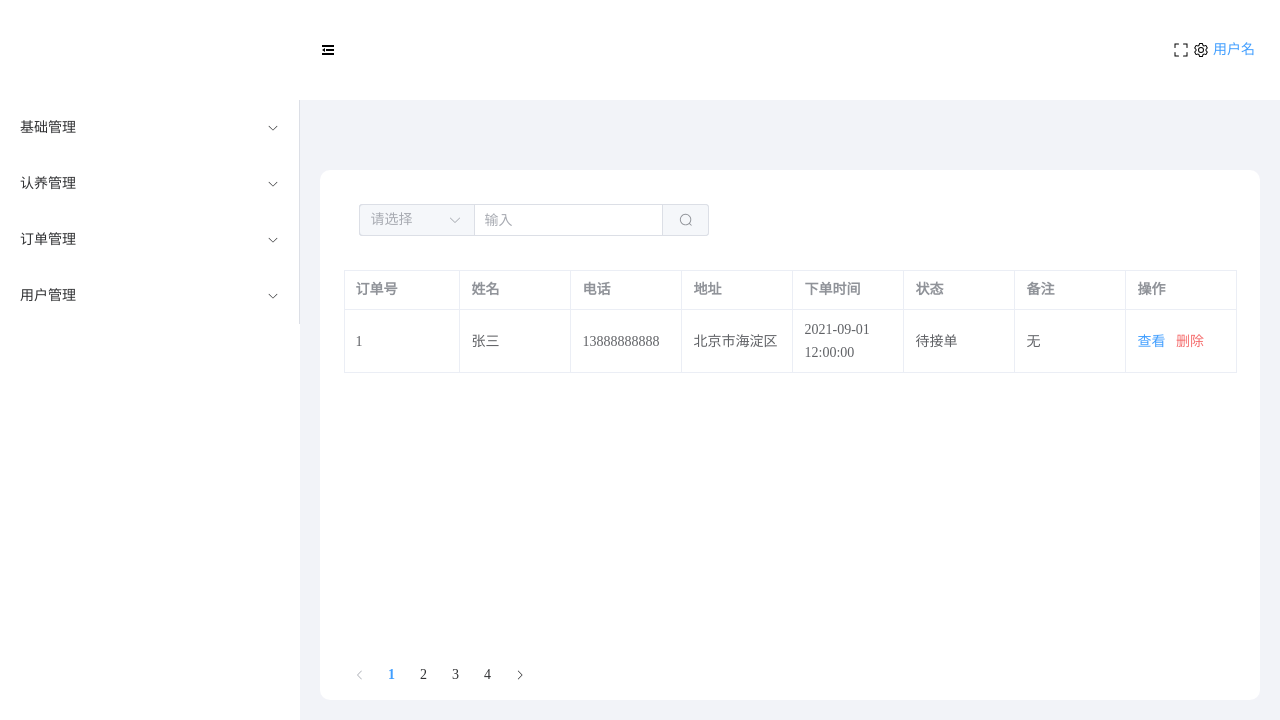
Repository: secret47/test-office-demo
Page: /dashboard/order/list
These files come from the project's save history. The page is drawn as it stood at one moment and after the next save; the edit follows.
The browser window is 1280 px wide. The pictures show the whole page.
The project was rebuilt for these pictures with package versions that can differ from the ones it lists, and the page was loaded fresh each time. Also part of the build but not shown: vite.config.js.

Above is the page before, as saved 2024-11-01 10:38:15.

After the next save:
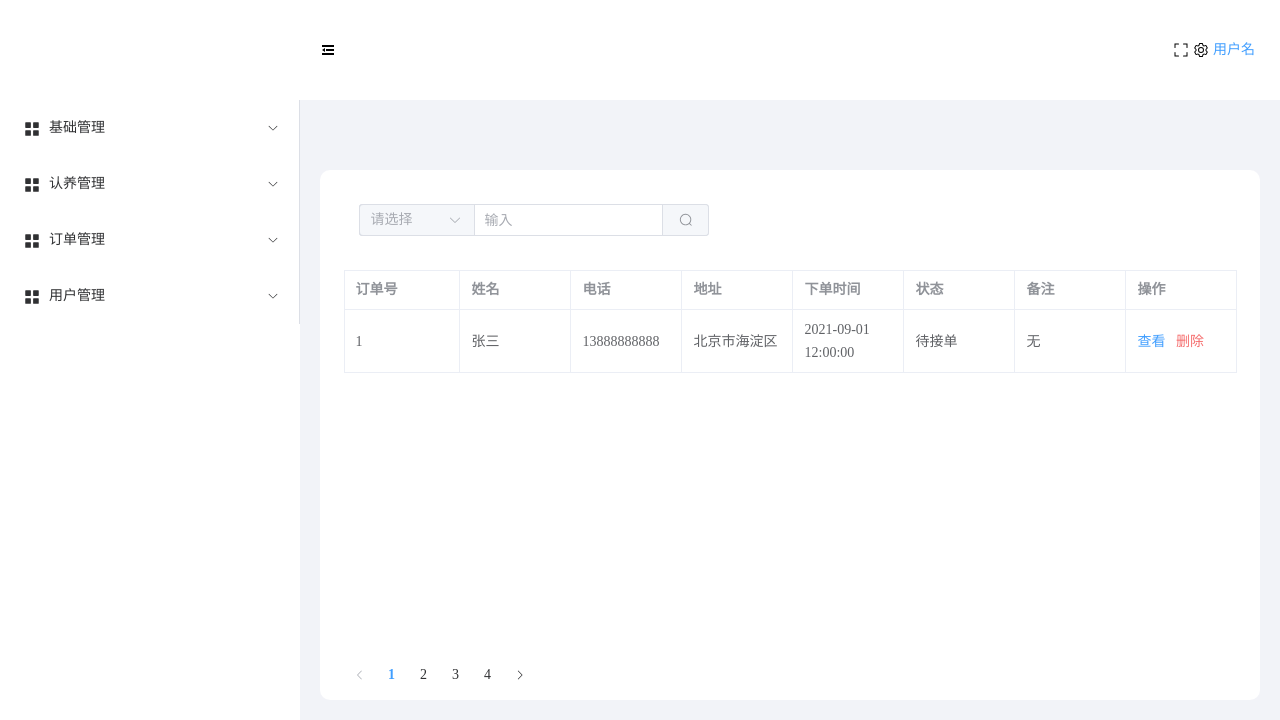
Saved 9 min 7 s later.
--- a/src/layouts/components/menu.vue
+++ b/src/layouts/components/menu.vue
@@ -5,9 +5,7 @@
             <template #title>
                 <span>
                     <!-- 假设你的路由元数据中有icon属性用于图标 -->
-                    <el-icon v-if="item.meta.icon" :size="20">
-                        <component :is="item.meta.icon"></component>
-                    </el-icon>
+                    <el-icon><Menu /></el-icon>
                     <span>{{ item.meta.title }}</span>
                 </span>
             </template>
@@ -16,9 +14,7 @@
                 @click="handleMenuItemClick(subItem)">
                 <template #title>
                     <span>
-                        <el-icon v-if="subItem.meta.icon" :size="20">
-                            <component :is="subItem.meta.icon"></component>
-                        </el-icon>
+                        <el-icon><Menu /></el-icon>
                         <span>{{ subItem.meta.title }}</span>
                     </span>
                 </template>
@@ -27,9 +23,7 @@
                     :key="subItem.name + '_sub'" @click="handleMenuItemClick(subItem)">
                     <template #title>
                         <span>
-                            <el-icon v-if="subItem.meta.icon" :size="20">
-                                <component :is="subItem.meta.icon"></component>
-                            </el-icon>
+                            <el-icon><Menu /></el-icon>
                             <span>{{ subItem.meta.title + '(展开)' }}</span>
                         </span>
                     </template>
@@ -37,9 +31,7 @@
                         :key="subSubItem.name" @click="handleMenuItemClick(subSubItem)">
                         <template #title>
                             <span>
-                                <el-icon v-if="subSubItem.meta.icon" :size="20">
-                                    <component :is="subSubItem.meta.icon"></component>
-                                </el-icon>
+                                <el-icon><Menu /></el-icon>
                                 <span>{{ subSubItem.meta.title }}</span>
                             </span>
                         </template>
